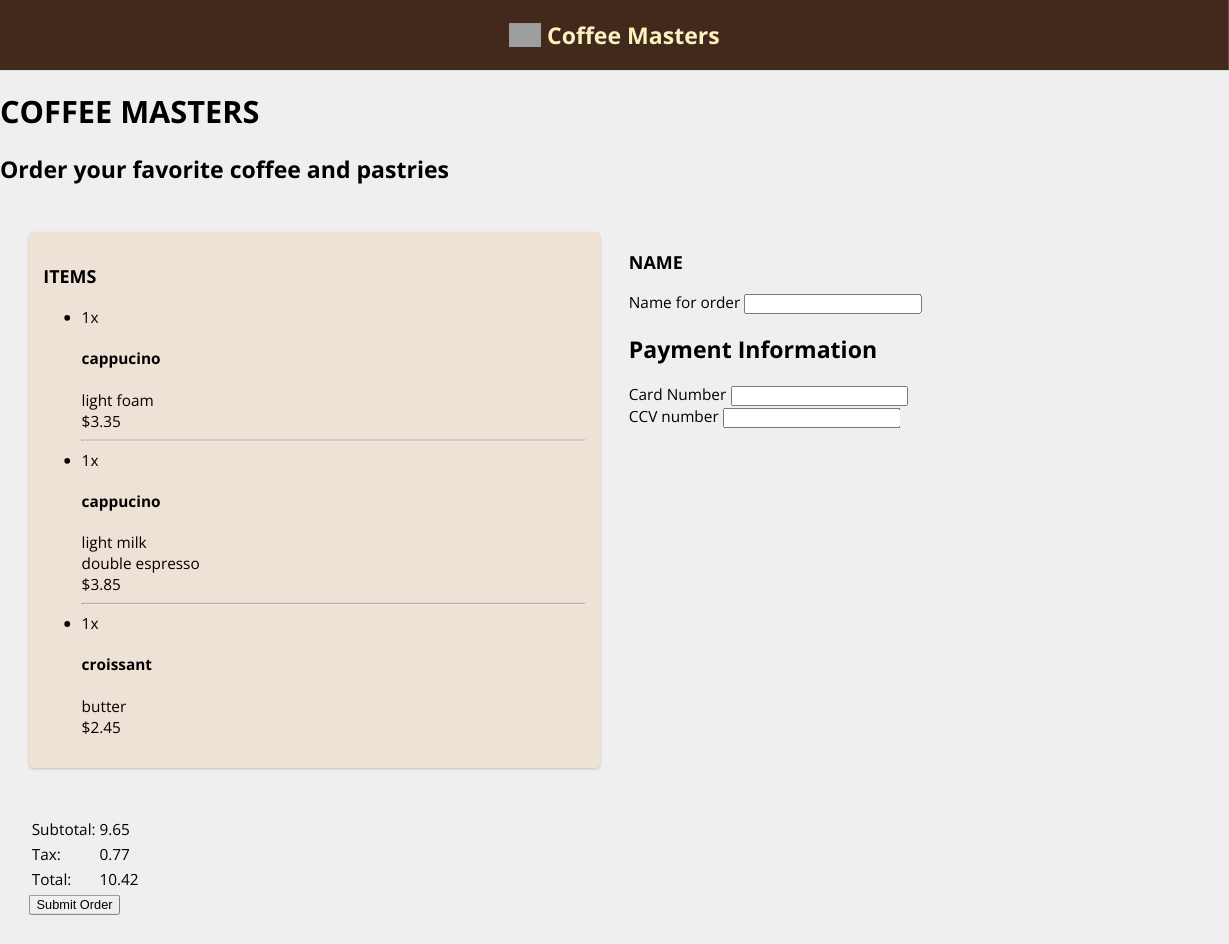
Repository: RkBeau/coffe_fm
Page: index.html
These files come from the project's save history. The page is drawn as it stood at one moment and after the next save; the edit follows.
The browser window is 1280 px wide. The pictures show the whole page, at 96% of full size.
Pictures or frames that could not be fetched are drawn as grey boxes.

Above is the page before, as saved 2024-04-18 04:56:00.

### index.html
<!DOCTYPE html>
<html lang="en">
<head>
    <meta charset="UTF-8">
    <title>Home</title>
    <meta name="viewport" content="width=device-width, initial-scale=1.0">
    <link rel="preconnect" href="https://fonts.googleapis.com">
    <link rel="preconnect" href="https://fonts.gstatic.com" crossorigin="">
    <link href="https://fonts.googleapis.com/css2?family=Open+Sans:wght@400;700&amp;display=swap" rel="stylesheet">
    <link rel="stylesheet" href="styles.css">
</head>
    <body>
        <nav class="main-nav">
            <h1 class="brand">
              <img
                src="https://btholt.github.io/complete-intro-to-web-dev-v3/images/coffee_masters_logo.png"
                alt="coffee masters logo"
                class="logo"
              />
              Coffee Masters
            </h1>
          </nav>
        <header>
            <h1>COFFEE MASTERS</h1>
            <h2>Order your favorite coffee and pastries</h2>
        </header>
        <main>
            <section class="orderbox">
                <div class="items-ordered">
                    <h3 id="items">ITEMS</h3>
                    <ul class="selected-items">
                        <li class="item-1">1x<h4>cappucino</h4>
                            <div class="garnish-item-1">light foam</div>
                            <div -class="price-item-1">$3.35</div>
                        </li>
                        <hr>
                        <li class="item-2">1x<h4>cappucino</h4>
                            <div class="garnish-item-2">light milk</div>
                            <div class="coffee-mod-item-2">double espresso</div>
                            <div class="price-item-2">$3.85</div>
                        </li>
                        <hr>
                        <li class="item-3">1x<h4>croissant</h4>
                            <div class="garnish-item-3">butter</div>
                            <div class="price-item-3">$2.45</div>
                        </li>
                    </ul>
                </div>
            </section>
            <section class="customer-info">
                <div class="customer-info">
                    <h3 id="customer-info">NAME</h3>
                    <div class="input-group">
                        <label class="user-input-label" for="name">Name for order</label>
                        <input type="text" class="user-input" id="name">
                    </div>
                </div>
                <div class="cc-info">
                    <h2 class="box-title">Payment Information</h2>
                    <div class="input-group">
                        <label class="user-input-label" for="cc">Card Number</label>
                        <input type="text" class="user-input" id="cc">
                        <div class="input-group">
                            <label class="user-input-label" for="ccv">CCV number</label>
                            <input type="text" class="user-input short-input" id="ccv">
                        </div>
                    </div>
                </div>
            </section>
            <section class="order-total">
                <table class="totals-tab">
                    <tbody>
                        <tr>
                            <td>Subtotal:</td>
                            <td>9.65</td>
                        </tr>
                        <tr>
                            <td>Tax:</td>
                            <td>0.77</td>
                        </tr>
                        <tr class="final-total:">
                            <td>Total:</td>
                            <td>10.42</td>
                        </tr>
                    </tbody>
                </table>
                <button class="checkout-btn" type="submit">Submit Order</button>
            </section>
        </main>
    </body>
</html>

### styles.css
* {
    box-sizing: border-box;
}

body {
    margin: 0;
    padding: 0;
    background-color: #efefef;
    font-family: 'Open Sans', sans-serif;
}

main {
    display: grid;
    row-gap: 30px;
    column-gap: 30px;
    width: 100%;
    padding: 30px;
    margin: 0 auto;
    grid-template-areas:
        "order payment"
        "order-total"
        "final-total";
    grid-template-columns: 1fr 1fr;;
}

.main-nav {
    background-color: #43281c;
    color: #fbf2c0;
    font-size: 16px;
    display: flex;
    align-items: center;
    justify-content: center;
    font-weight: normal;
}

.logo {
    height:25px;
    position: relative;
    top:3px;
}

.orderbox {
    background-color: #eee1d5;
    border-radius: 5px;
    box-shadow: 0 1px 3px rgb(0 0 0 / 20%);
    padding: 15px;
    margin-bottom: 20px;
    width: 100%;
}

After the next save:
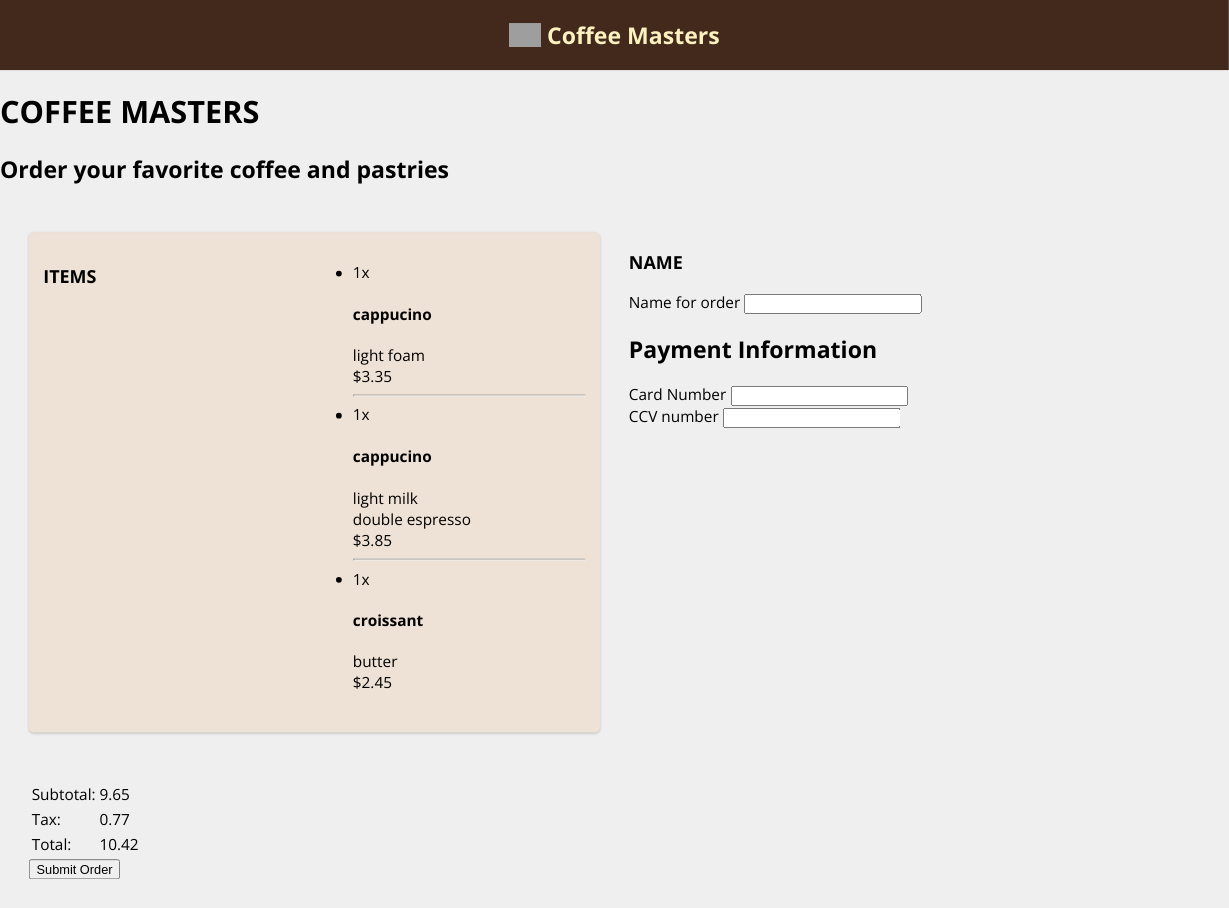
Saved 84 s later.
--- a/styles.css
+++ b/styles.css
@@ -47,3 +47,12 @@ main {
     margin-bottom: 20px;
     width: 100%;
 }
+
+.items-ordered {
+    display: grid;
+    row-gap: 10px;
+    grid-template-columns: 1fr 1fr;
+    grid-template-areas:
+        "item item"
+        "item item";
+}
